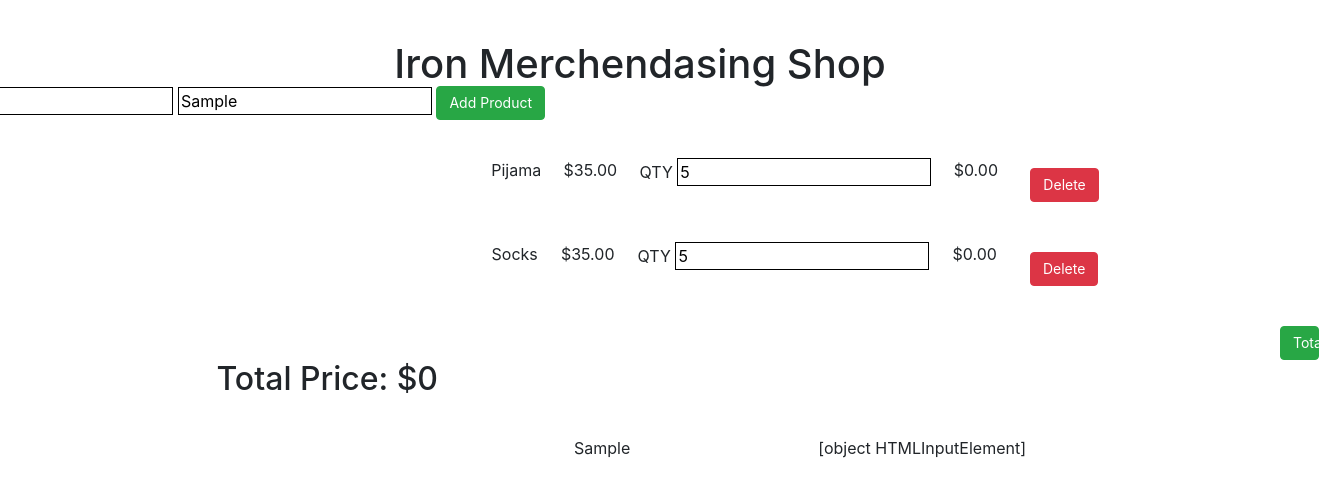
Repository: konstantin0s/lab-cart-DOM
Page: index.html
The author's editor kept a copy of each file at every save. The page is drawn from the files as they stood at one save, then again after the next save.
The browser window is 1280 px wide. The page is 1325 px wide, so the pictures cover 1325 px, including what lies to the right of the window. The pictures show the whole page.
Empty fields were first filled with sample values (such as "Sample", 5 or name@example.com).
After loading, the first visible `#addNewProd` was submitted once.
Some web libraries are served in a nearby version.

Above is the page before, as saved 2019-02-04 10:11:38.
Console error: TypeError: Cannot set properties of null (setting 'onclick')

### index.html
<!DOCTYPE html>
<html lang="en">
<head>
  <meta charset="UTF-8">
  <meta name="viewport" content="width=device-width, initial-scale=1.0">
  <meta http-equiv="X-UA-Compatible" content="ie=edge">
  <link rel="stylesheet" href="https://cdnjs.cloudflare.com/ajax/libs/normalize/5.0.0/normalize.min.css">
  <link rel="stylesheet" href="./css/style.css">
  <link rel="stylesheet" href="https://stackpath.bootstrapcdn.com/bootstrap/4.2.1/css/bootstrap.min.css">
  <title>Ironhack cart</title>
</head>

<body>
  <h1  class="title">Iron Merchendasing Shop</h1>
<!--
  <div class="container mt-4" id="amess">
    <h1 class="display-4 text-center">
      <i class="fas fa-book-open text-primary"></i>
      My <span class="text-primary">Products</span>List
      </h1>
      <form action="" id="product-form">
        <div class="form-group">
          <label for="product">Product</label>
          <input id="newProd" class="form-control" type="text">
        </div>
        <div class="form-group">
          <label for="price">$:</label>
          <input id="newPrice" class="form-control" type="text">
        </div>
        <div class="form-group">
          <label for="quantity">QTY</label>
          <input id="newQty" class="form-control" type="text">
        </div>
        <input type="submit" value="Add Product"
          class="btn btn-primary btn-block">
     </form>
        <table class="table table-striped">
          <thead>
            <tr>
              <th>Product:</th>
              <th class="fPrice">Price:</th>
              <th class="fQua">Quantity:</th>
              <th class="fTotal">Total:</th>
              <th></th>
            </tr>
          </thead>
            <tbody id="product-list"></tbody>
          </table>
  </div>   -->


  <div id="container">
       <div class="product">
        <div class="name">
          <span>Pijama</span>
        </div>
        <div class="price">
          $<span>35.00</span>
        </div>
        <div>
          <label>QTY</label>
          <input type="number" name="quantity" class="quantity">
        </div>
        <div class="totalP">
          $<span>0.00</span>
        </div>
        <div class="remove">
            <button class="button btn-danger" type="button">Delete</button>
        </div>
      </div>

      <div class="product">
          <div class="name">
            <span>Socks</span>
          </div>
          <div class="price">
            $<span>35.00</span>
          </div>
          <div>
            <label>QTY</label>
            <input type="number" name="quantity" class="quantity">
          </div>
          <div class="totalP">
            $<span>0.00</span>
          </div>
          <div class="remove" id="remove">
              <button class="button btn-danger" type="button">Delete</button>
          </div>
        </div>

     <div>
    <!--Ouside container-->
     <form action="" id="addNewProd">
       <input type="text" name="product" id="newProd">
       <input type="text" name="price" id="newPrice">
       <button type="submit" class="button btn-success" id="addExtra">Add Product</button>
     </form>

     <div class="addBC-container">
      <div class="calculate">
         <button type="button" class="button btn-success" id="calc-prices-button">Total</button>
      </div>

    <!-- <div class="addPBtn">
      <button type="button" class="button btn-success" id="addExtra">Add Product</button>
    </div> -->

    <h2 id="cart-total-price">
      Total Price: $<span>0</span>
    </h2>

    </div>



      <script type="text/javascript" src="./js/index.js"></script>

</body>
</html>

### css/style.css

body{
  overflow-x: hidden;
  z-index: 1000;
}

.title {
  text-align: center;
  padding: 40px;
}

.container {
  display: flex;
  flex-direction: row;
}

input {
  border: solid 1px black;
}

.product {
  display: flex;
  flex-direction: row;
  justify-content: space-around;
  width: 50%;
  margin: 30px 0 0 480px;
}

.button {
  display: inline-block;
  padding: 6px 12px;
  margin-bottom: 0;
  font-size: 14px;
  font-weight: 400;
  line-height: 1.42857143;
  text-align: center;
  white-space: nowrap;
  vertical-align: middle;
  -ms-touch-action: manipulation;
  touch-action: manipulation;
  cursor: pointer;
  -webkit-user-select: none;
  -moz-user-select: none;
  -ms-user-select: none;
  user-select: none;
  background-image: none;
  border: 1px solid transparent;
  border-radius: 4px;
}

.btn-success {
    color: #fff;
    background-color: #5cb85c;
    border-color: #4cae4c;
}

.cost-1 {
  margin: 10px;

}

.input {
  margin: 10px;
}

.totalP-1 {
  margin: 10px;
}



/* add total & product container */
.addBC-container {
    display: flex;
    flex-direction: column;
    margin:20px 0 20px 0;
}

/* Add new product button*/
.addPBtn {
  margin:10px 0 0 1280px;
  display: flex;
  flex-direction: column;
  width: 6%;
}

#cart-total-price {
  display: flex;
  justify-content: center;
}

/* total button*/
.calculate {
  margin:10px 0 0 1280px;
  display: flex;
  flex-direction: column;
  width: 6%;
}

.remove {
  margin: 10px;
}

.btn-danger {
    color: #fff;
    background-color: #CF000F;
    border-color: #CF000F;
}


.newPrice {
  position: relative;;
  top: 200px;
  left: 100px;
}

.prices .newPrice {
  position: relative;;
  top: 200px;
  left: 100px;
}

/* .quantity {
  margin: 0px 5px;
  height: 30px;
} */

#addNewProd {
  position: relative;
  float: right;
  left: -735px;
  top: -230px;

  display: inline;
}
/*
 .newRowItems .quan {
  position: relative;
  top: -130px;
  left: 460px;
}

 .newRowItems input{
  position: relative;
  top: -91px;
  left: 190px;
 }


 .newRowItems .inputQua{
  position: relative;
  top: -80px;
  left: 380px;
 }

  .newRowItems .defPrice{
  position: relative;
  top: -210px;
  left: 845px;
 } */ */

 /* style new added new products*/
 /* #amess {
   display:flex;
   width:50%;
   height: 500px;
   flex-direction: column;
   /* align-items: center; */
   /* margin-bottom: 300px;
   left: -400px;
 } */

/*
.newRowItems button {
  position: relative;
  top: -253px;
  left: 890px;
  width: 70px;
  display: inline-block;
  padding: 6px 12px;
  margin-bottom: 0;
  font-size: 14px;
  font-weight: 400;
  line-height: 1.42857143;
  text-align: center;
  white-space: nowrap;
  vertical-align: middle;
  -ms-touch-action: manipulation;
  touch-action: manipulation;
  cursor: pointer;
  -webkit-user-select: none;
  -moz-user-select: none;
  -ms-user-select: none;
  user-select: none;
  background-image: none;
  border: 1px solid transparent;
  border-radius: 4px;

} */

### js/index.js



  // document.getElementById("addExtra").addEventListener("click", createNewItemRow);
  // document.getElementById("addExtra").addEventListener("click", createQuantityNode);
  // document.getElementById("addExtra").addEventListener("click", createQuantityInput);
  // document.getElementById("addExtra").addEventListener("click", getPriceByProduct);
  // document.getElementById("addExtra").addEventListener("click",   createDeleteButton);
  // document.getElementById("calc-prices-button").addEventListener("click", calculatePriceProducts);



var prodList = document.querySelector('#container');
prodList.addEventListener("click", deleteItem);

function deleteItem(e){
 if (e.target.classList.contains("btn-danger")) {
    if (confirm("Are you sure?")) {

      //removes the product div (which is parent of remove div and remove div is parent of btn-danger)
      var prod = e.target.parentElement.parentElement.remove();
      console.log(prod);
     }

    }

}


function getPriceByProduct(itemNode){
  // var h5 = document.createElement("H5");                       // Create a <p> element
  // itemNode = document.createTextNode("$0 ");
  // h5.className = 'defPrice';     // Create a text node
  // h5.appendChild(itemNode);                                          // Append the text to <p>
  // document.getElementsByClassName("newRowItems")[0].appendChild(h5);
}


function updatePriceByProduct(productPrice, index){

}



function getTotalPrice() {  //works individual products
  var products = document.getElementsByClassName("product");
  var cartTotalPrice = document.querySelector("#cart-total-price span"); //update dinamic on each input.
  cartTotalPrice.innerText = 0;


  for (var i = 0; i < products.length; i++) {
   products[i].querySelector(".totalP span").innerText =
   Number(Number(products[i].querySelector(".price span").innerText) *
    Number(products[i].querySelector(".quantity").value));

   cartTotalPrice.innerText = Number(cartTotalPrice.innerText) +
   Number(products[i].querySelector(".totalP span").innerText);
  }
}







function createQuantityInput() {
// var label = document.createElement("LABEL");
// label.className = 'inputQua';
// var quaInput = document.createElement("INPUT");
// label.appendChild(quaInput);
// document.getElementsByClassName('newRowItems')[0].appendChild(label);
}

function createDeleteButton(){
// var button = document.createElement("BUTTON");
// button.className = 'button btn-delete';
// var quaDel = document.createTextNode("Delete");
// button.appendChild(quaDel);
// document.getElementsByClassName('newRowItems')[0].appendChild(button);
}

function createQuantityNode(){
  // var h5 = document.createElement("H5");
  // h5.className = 'quan';                       // Create a <p> element
  // var quaNode = document.createTextNode("Quantity: ");      // Create a text node
  // h5.appendChild(quaNode);                                          // Append the text to <p>
  // document.getElementsByClassName("newRowItems")[0].appendChild(h5);
}

function createItemNode(dataType, itemData){

}

  //Form submit event
var form = document.querySelector("#addNewProd");
form.addEventListener("submit", createNewItemRow);
//add new product here
var prodList = document.querySelector("#container");
//get new product value

function createNewItemRow(e){
  e.preventDefault();
  //get new product value
  var newProd = document.getElementById("newProd").value;
  var newPri = document.getElementById("newPrice").value;

  //new div & span product name
  var div = document.createElement("div");
  div.className = "product";
  var span = document.createElement("span");

  //append new product to new span
  span.appendChild(document.createTextNode(newProd));
  div.appendChild(span);



//new div & span product name
// var divPrice = document.createElement("div");
// divPrice.className = "price";
var spanPrice = document.createElement("span");
//append new product to new span
spanPrice.appendChild(document.createTextNode(newPrice));
console.log(spanPrice);
div.appendChild(spanPrice);



  // var divQua = document.createElement("div");
  // var quaSpan = document.createElement("input");
  // divQua.appendChild(quaSpan);

  // var divDel = document.createElement("div");
  // divDel.className = "remove";
  // var deleteBtn = document.createElement("button");
  // deleteBtn.className ="button btn-danger";
  // deleteBtn.appendChild(document.createTextNode("Delete"));
  // divDel.appendChild(deleteBtn);


  //add new product to the div container
   prodList.appendChild(div);
   console.log(prodList);




  // var h5 = document.createElement("H5");                       // Create a <p> element
  // itemName = document.createTextNode("Sexy Shirt: ");
  // h5.className = 'sexy';     // Create a text node
  // h5.appendChild(itemName);                                          // Append the text to <p>
  // document.getElementsByClassName("newRowItems")[0].appendChild(h5);

  // var label = document.createElement("LABEL");
  // var par = document.createElement("P");                       // Create a <p> element
  // var dollar = document.createTextNode("$");
  // par.appendChild(dollar);
  // itemUnitPrice = document.createElement("INPUT");
  // label.appendChild(itemUnitPrice);
  // document.getElementsByClassName('newRowItems')[0].appendChild(par);
  // document.getElementsByClassName('newRowItems')[0].appendChild(label);

}

function createNewItem(){

}

window.onload = function(){
  var calculatePriceButton = document.getElementById('calc-prices-button');
  var createItemButton = document.getElementById('new-item-create');
  var deleteButtons = document.getElementsByClassName('btn-delete');

  calculatePriceButton.onclick = getTotalPrice;
  createItemButton.onclick = createNewItem;

  for(var i = 0; i<deleteButtons.length ; i++){
    deleteButtons[i].onclick = deleteItem;
  }
};




// class Product {
//   constructor(name, price, quantity) {
//     this.name = name;
//     this.price = price;
//     this.quantity = quantity;
//   }
// }

// //local storage
// class Store {
//   static getProducts() {
//     var products;
//     if (localStorage.getItem('products') === null) {
//       products = [];
//     } else {
//       products = JSON.parse(localStorage.getItem('products'));
//     }

//     return products;
//   }

//   static addProduct(product) {
//      var products = Store.getProducts();
//        products.push(product);
//        localStorage.setItem('products', JSON.stringify(products));
//   }

//   static removeProduct(quantity) {
//     var products = Store.getProducts();
//     products.forEach((product, index) => {
//       if (product.quantity === quantity) {
//         products.splice(index, 1);
//       }
//     });

//     localStorage.setItem('products', JSON.stringify(products));

//   }
// }

// class UI {
//   static displayProducts() {

//      const products = Store.getProducts();

//      products.forEach((product) => UI.addProductToList(product));

//      }
//      static addProductToList(product) {
//       var list = document.querySelector("#product-list");
//       var  row = document.createElement("TR");
//       row.innerHTML = `
//       <td>${product.name}</td>
//       <td>${product.price}</td>
//       <td>${product.quantity}</td>
//       <td><a href="#" class="btn btn-danger btn-sm
//        delete">X</a></td>
//      `;

//       list.appendChild(row);
//   }

//   static deleteProduct(el) {
//     if (el.classList.contains("delete")) {
//         el.parentElement.parentElement.remove(); // deletes tr
//     }
//   }

//   static showAlert(message, className) {
//   var div = document.createElement('div');
//      div.className = `alert alert-${className}`;
//      div.appendChild(document.createTextNode(message));
//      var container = document.querySelector('#amess');
//      var form = document.querySelector('#product-form');
//      container.insertBefore(div, form);
//      setTimeout(() => document.querySelector('.alert').remove(), 3000);
//   }

//   static clearFields() {
//     const name = document.querySelector("#newProd").value = "";
//     const price = document.querySelector("#newPrice").value = "";
//     const quantity = document.querySelector("#newQty").value = "";
//   }
// }


// document.addEventListener("DOMContentLoaded", UI.displayProducts);

// document.querySelector("#product-form").addEventListener("submit", (e) => {
//   // e.preventDefault();
//   const name = document.querySelector("#newProd").value;
//   const price = document.querySelector("#newPrice").value;
//   const quantity = document.querySelector("#newQty").value;

//   //validate
//   if (name === '' || price === '' || quantity === '') {
//     UI.showAlert('please fill in all fields', 'danger');
//   } else {
//     const product = new Product(name, price, quantity);

//     UI.addProductToList(product);

//     //add product to Store
//     Store.addProduct(product);

//     UI.clearFields();
//   }


// });

// //delete product
// document.querySelector("#product-list").addEventListener("click", (e) => {
//   UI.deleteProduct(e.target);

//   //remove product from store
// Store.removeProduct(e.target.parentElement.previousElementSibling.textContent);

// });

After the next save:
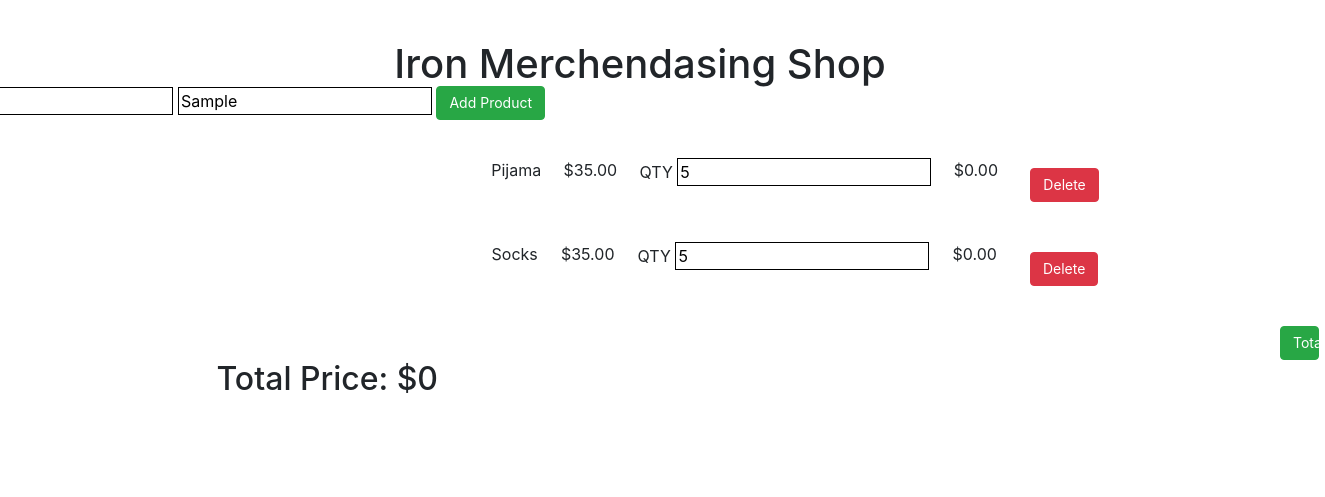
Saved 86 s later.
--- a/js/index.js
+++ b/js/index.js
@@ -123,7 +123,7 @@
 //append new product to new span
 spanPrice.appendChild(document.createTextNode(newPrice));
 console.log(spanPrice);
-div.appendChild(spanPrice);
+div.appendChild(parseFloat(spanPrice));
 
 
 

After the 2 saves that followed:
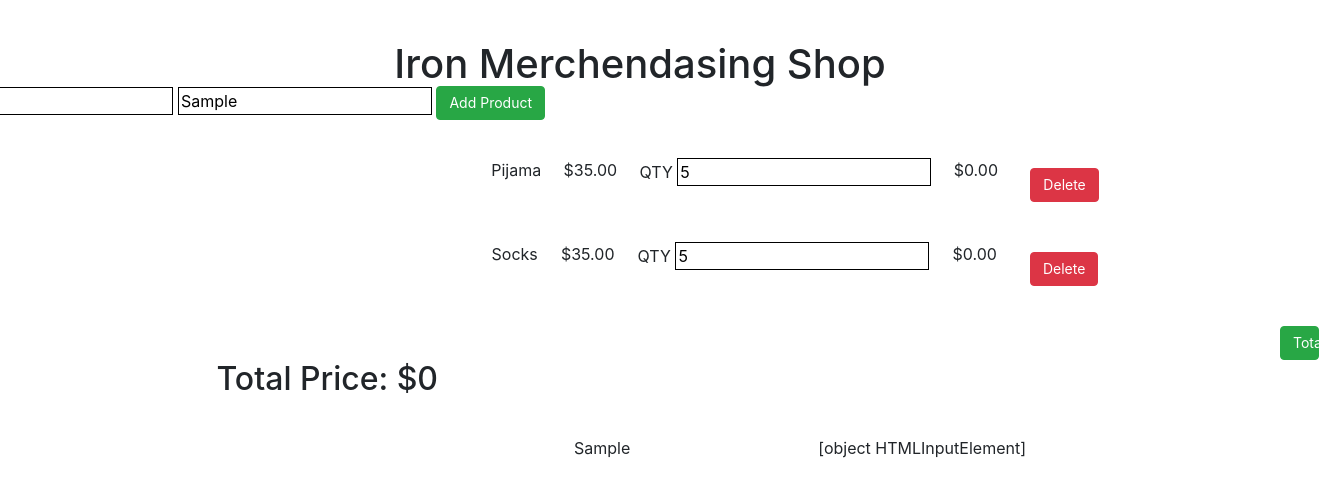
The 2 saves are shown as one change because 1 left the picture as it was.
The last was saved 40 s later.
--- a/js/index.js
+++ b/js/index.js
@@ -122,8 +122,8 @@
 var spanPrice = document.createElement("span");
 //append new product to new span
 spanPrice.appendChild(document.createTextNode(newPrice));
+div.appendChild(spanPrice);
 console.log(spanPrice);
-div.appendChild(parseFloat(spanPrice));
 
 
 
